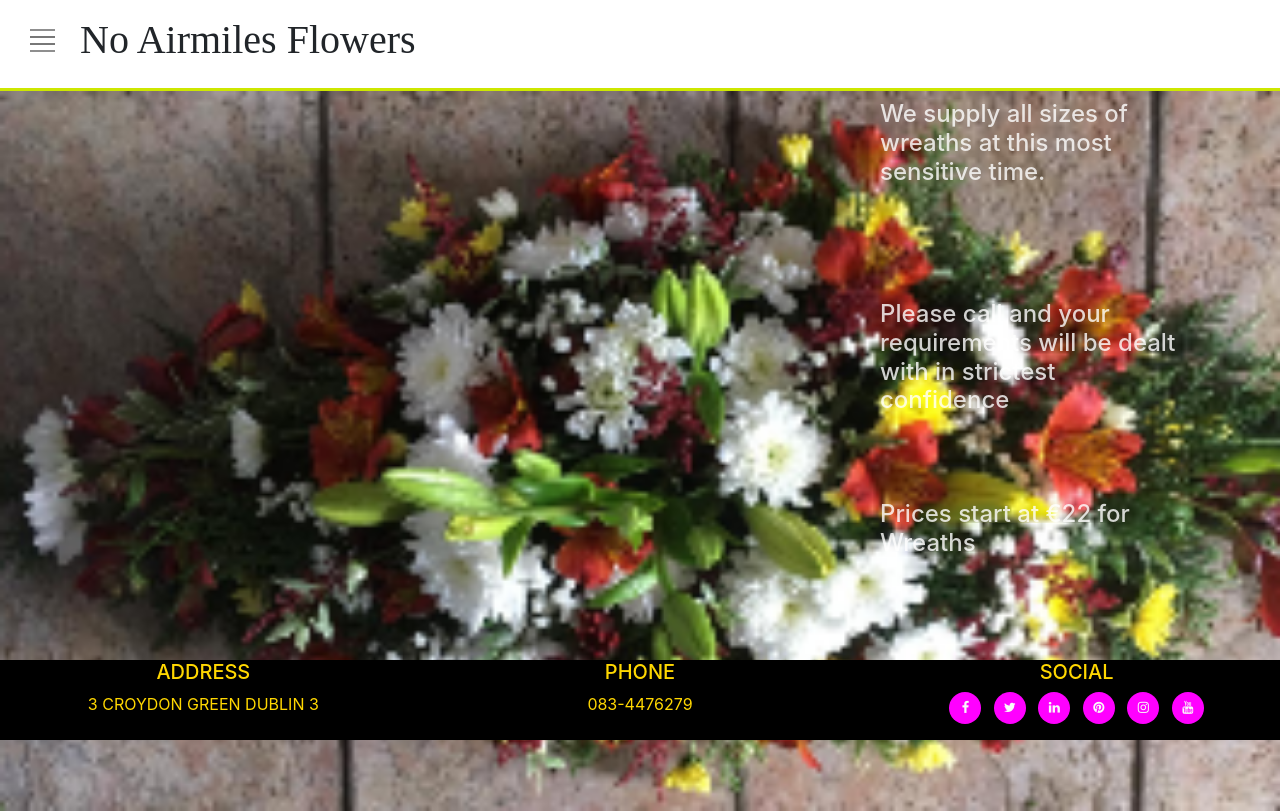
Repository: ConorTC1990/Flowers
Page: wreaths.html
The author's editor kept a record of every edit. The page is drawn from the files as they stood at one moment, then again after the next edit.
The browser window is 1280 px wide. The pictures show the whole page.
Some web libraries are served in a nearby version.

Above is the page before.

After the next edit:
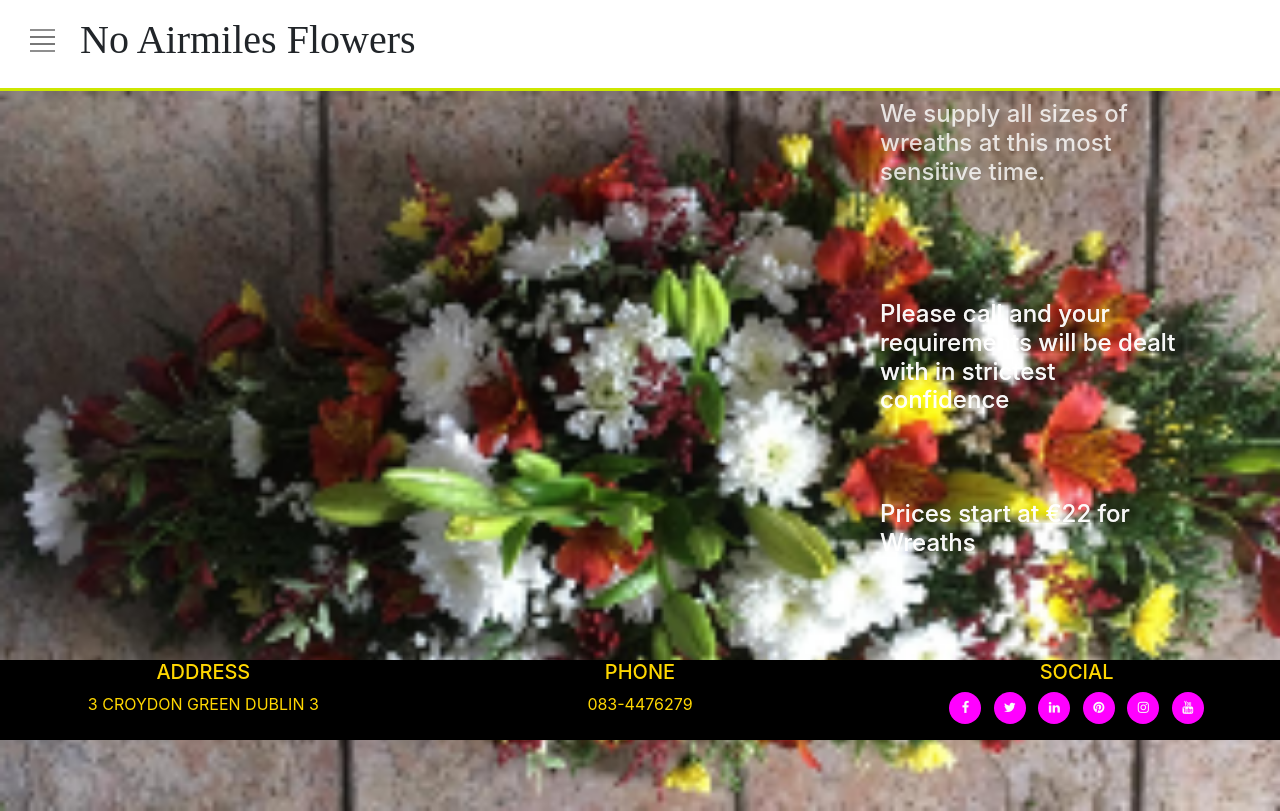
The edit:
--- a/wreaths.html
+++ b/wreaths.html
@@ -40,6 +40,16 @@
 
         Please call and your requirements will be dealt with in strictest confidence</h4>
         </div>
+         <h4 >
+            We supply all sizes of wreaths at this most sensitive time.</h4>
+    <h4 class="callout2">
+          Prices start at €22 for Wreaths
+        </h4>
+         <h4 class="callout3">
+
+        Please call and your requirements will be dealt with in strictest confidence</h4>
+        </div>
+
        <div class="videoclass2wreaths">
 		    <div class=videoclass2padding></div>
 		        <ol type="A">
